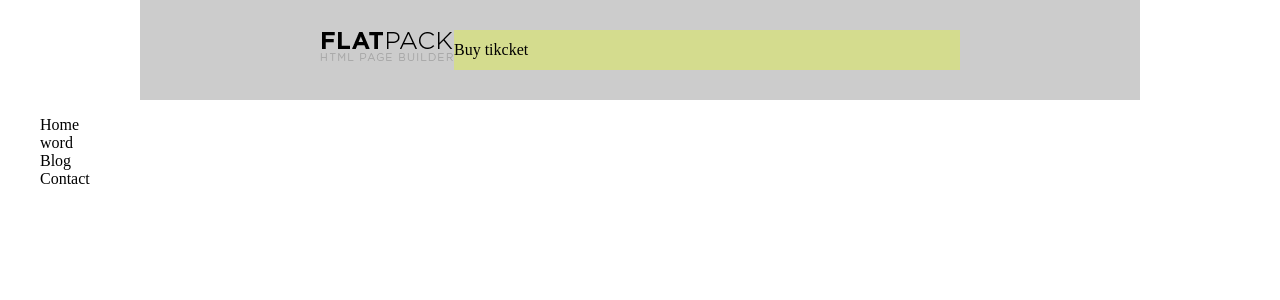
Repository: duyancol/project-ltw-nhom13
Page: page b/index.html
These files come from the project's save history. The page is drawn as it stood at one moment and after the next save; the edit follows.
The browser window is 1280 px wide. The pictures show the whole page.
Some web fonts or font styles are not loaded; a fallback is used.

Above is the page before, as saved 2021-10-18 08:50:25.

After the next save:
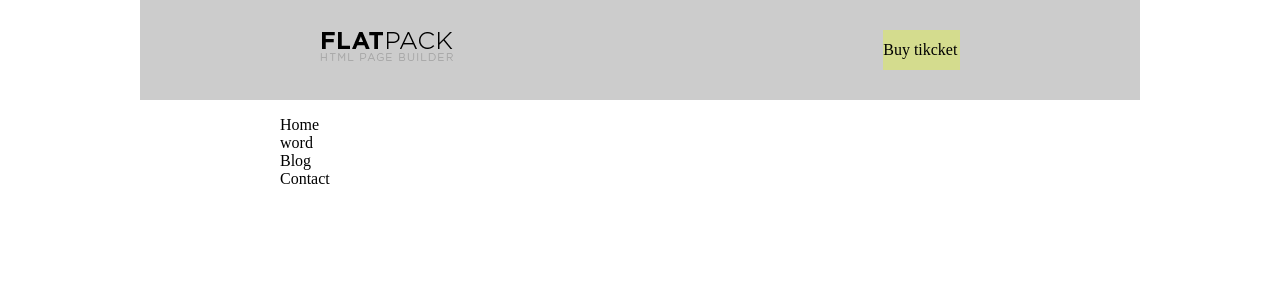
Saved 96 s later.
--- a/page b/style.css
+++ b/page b/style.css
@@ -40,8 +40,7 @@
     width: 12%;
     height: 40px;
     background-color: #e5ff004e;
-    width: 800px;
-    margin: auto;
+
 }
 
 
@@ -52,5 +51,6 @@
   .navigation{
     height: 40px;
     background-color: white;
-
+    width: 800px;
+    margin: auto;
   }
